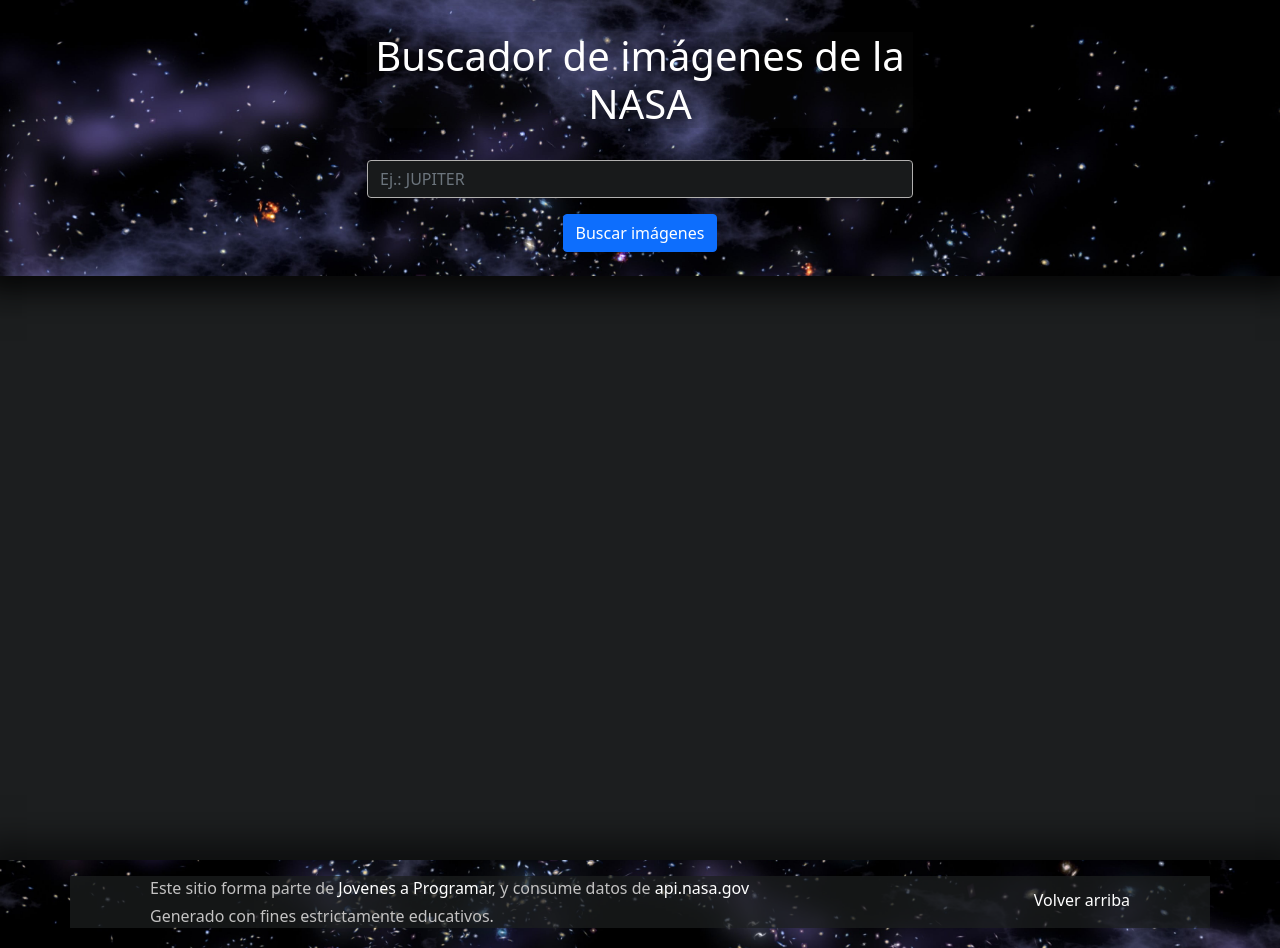
Repository: romancegirl/galaxies
Page: index.html
The author's editor kept a copy of each file at every save. The page is drawn from the files as they stood at one save, then again after the next save.
The browser window is 1280 px wide. The pictures show the whole page.

Above is the page before, as saved 2024-11-30 05:13:00.

### index.html
<!doctype html>
<html lang="es">

<head>
  <meta charset="utf-8">
  <meta name="viewport" content="width=device-width, initial-scale=1">
  <title>Buscador de imágenes de la NASA</title>

  <link href="css/bootstrap.min.css" rel="stylesheet">
  <link rel="stylesheet" href="css/style.css">
</head>

<body>

  <header>
    <div id="intro">
      <div class="text-center container">
        <div class="row py-lg-3">
          <div class="col-lg-6 col-md-8 mx-auto" id="beggining">
            <h1 class="fw-light">Buscador de imágenes de la NASA</h1>
            <input type="search" class="form-control" name="buscar" id="inputBuscar" placeholder="Ej.: JUPITER">
            <button class="btn btn-primary my-2" id="btnBuscar">Buscar imágenes</button>
          </div>
        </div>
      </div>
    </div>
  </header>

  <main>
    <div class="container">
      <div id="contenedor">
      </div>
    </div>
  </main>


  <footer class="text-muted py-3">
    <div class="container">
      <p class="float-end mb-1">
        <a href="#">Volver arriba</a>
      </p>
      <p class="mb-1">Este sitio forma parte de <a href="https://jovenesaprogramar.edu.uy/" target="_blank">
          Jovenes a Programar</a>, y consume datos de <a href="https://api.nasa.gov/" target="_blank">
          api.nasa.gov</a></p>
      <p class="mb-1">Generado con fines estrictamente educativos.</p>
    </div>
  </footer>

  <script src="https://cdn.jsdelivr.net/npm/bootstrap@5.3.1/dist/js/bootstrap.bundle.min.js"></script>
  <script src="js/space.js"></script>

</body>

</html>

### css/style.css
header {
    background-image: url(/img/header.png);
    background-size: cover;
    bottom: 0;
    width: 100%;
    box-shadow: 0 0 30px 20px rgba(0, 0, 0, 0.5);
}

body {
    background-color: #1C1E1F;
    color: #B2B1B0;
    display: flex;
    flex-direction: column;
    min-height: 100vh;
}

main {
    min-height: calc(100vh - 160px);
    flex-grow: 1;
}

#intro {
    padding-top: 1rem;
    position: relative;
    box-shadow: 0 0 20px 10px rgba(0, 0, 0, 0.5);
}

h1 {
    margin-bottom: 2rem;
    color: #fff;
    background-color: #1c1e1f1d;
}

#inputBuscar {
    margin-bottom: 0.5rem;
}

input[type="search"] {
    background-color: #181A1B;
    border: 1px solid #B2B1B0;
    color: #B2B1B0;
}

input[type="search"]:focus {
    box-shadow: 0 0 5px #2D79CC;
    background-color: #181A1B;
    border: 1px solid #2D79CC;
    color: #B2B1B0;
}

.form-control {
    margin-bottom: 0.5rem;
}


#contenedor {
    display: flex;
    flex-wrap: wrap;
    justify-content: center;
    gap: 1rem;
    align-items: center;
}

.card {
    width: 22rem;
    height: 500px;
    display: flex;
    flex-direction: column;
    overflow: hidden;
    margin-top: 2rem;
    background-color: #181A1B;
    color: #c3c2c2;
    box-shadow: 0 0 4px 4px #2d7acc66;
}

.card-img-top {
    width: 100%;
    height: 250px;
    object-fit: cover;
}

.card-body {
    height: 250px;
    overflow-y: auto;
    padding: 1rem;
}

.card-text {
    display: -webkit-box;
    -webkit-line-clamp: 3;
    -webkit-box-orient: vertical;
    overflow: hidden;
    transition: all 0.3s ease-in-out;
}

.card-text.more {
    -webkit-line-clamp: 3;
    overflow: hidden;
}

.card-text.full {
    -webkit-line-clamp: unset;
    overflow: visible;
}

#more {
    cursor: pointer;
    color: #007bff;
    text-decoration: none;
    display: block;
    margin-top: 10px;
}



footer {
    background-image: url(/img/footer.png);
    background-size: cover;
    bottom: 0;
    width: 100%;
    margin-top: 1.5rem;
    box-shadow: 0 0 30px 20px rgba(0, 0, 0, 0.5);
}

footer p {
    color: #c3c2c2
}

footer a {
    color: #ffffff;
    text-decoration: none;
}

footer a:hover {
    color: #9b9a9b;
    transform: scale(1.05);
    transition: color 0.3s, text-shadow 0.3s;
}

footer .float-end {
    transform: translateY(50%);
}

footer .container {
    background-color: #1c1e1fbb;
    padding: 0 5rem;

}


@media (max-width: 1200px) {
    .col-lg-6 {
        width: 50%;
    }
}

@media (max-width: 768px) {
    .col-md-4 {
        width: 100%;
    }
}

### js/space.js
// Función para alternar la visibilidad del texto
function toggleDescription(button) {
    const cardBody = button.closest('.card-body');
    const descriptionText = cardBody.querySelector('.card-text');

    // Alternar clases entre "more" y "full" en el texto de la descripción
    if (descriptionText.classList.contains('more')) {
        descriptionText.classList.remove('more');
        descriptionText.classList.add('full');
        button.textContent = 'Ver menos'; // Cambiar el texto del botón
    } else {
        descriptionText.classList.remove('full');
        descriptionText.classList.add('more');
        button.textContent = 'Ver más'; // Cambiar el texto del botón
    }
}

// Asegúrate de que el evento de clic esté correctamente asignado en el HTML generado
const inputBuscar = document.getElementById('inputBuscar');
const btnBuscar = document.getElementById('btnBuscar');
const contenedor = document.getElementById('contenedor');

const searchNASAImages = async () => {
    const query = inputBuscar.value.trim();

    if (!query) {
        alert('Por favor, ingresa un término de búsqueda.');
        return;
    }

    const nasaAPI = `https://images-api.nasa.gov/search?q=${query}`;

    try {
        const response = await fetch(nasaAPI);
        const data = await response.json();

        const items = data.collection.items;
        if (!items || items.length === 0) {
            contenedor.innerHTML = `
            <h3><strong>No hemos encontrado información relacionada a "${query}".</strong></h3>`;
            return;
        }

        contenedor.innerHTML = '';

        const row = document.createElement('div');
        row.className = 'row';

        items.forEach((item) => {
            const { title, description, date_created } = item.data[0];
            const imageUrl = item.links?.[0]?.href || 'https://via.placeholder.com/150';

            // Crear la tarjeta
            const card = document.createElement('div');
            card.className = 'col-12 col-md-4 mb-6';

            // Contenido de la tarjeta
            card.innerHTML = `
                <div class="card">
                    <img src="${imageUrl}" class="card-img-top" alt="${title}">
                    <div class="card-body">
                        <h5 class="card-title">${title}</h5>
                        <p class="card-text more">${description || 'Descripción no disponible.'}</p>
                        <!-- Aquí controlamos la visibilidad del botón -->
                        ${description && description.length > 200 ? '<p class="card-text" id="more" onclick="toggleDescription(this)">Ver más</p>' : ''}
                        <p class="card-text"><small class="text-muted">Fecha: ${new Date(date_created).toLocaleDateString()}</small></p>
                    </div>
                </div>
            `;

            const descriptionText = card.querySelector('.card-text');
            const moreButton = card.querySelector('#more');
            if (!description || description.length <= 200) {
                if (moreButton) {
                    moreButton.style.display = 'none';
                }
                descriptionText.classList.add('full');
            }

            row.appendChild(card);
        });

        contenedor.appendChild(row);
    } catch (error) {
        console.error('Error al obtener datos:', error);
        contenedor.innerHTML = `<p class="text-center text-danger">Ocurrió un error al obtener los datos.</p>`;
    }
};

btnBuscar.addEventListener('click', searchNASAImages);
inputBuscar.addEventListener('keydown', (event) => {
    if (event.key === 'Enter') {
        event.preventDefault();
        searchNASAImages();
    }
});

Loaded but not shown: css/bootstrap.min.css (library)

After the next save:
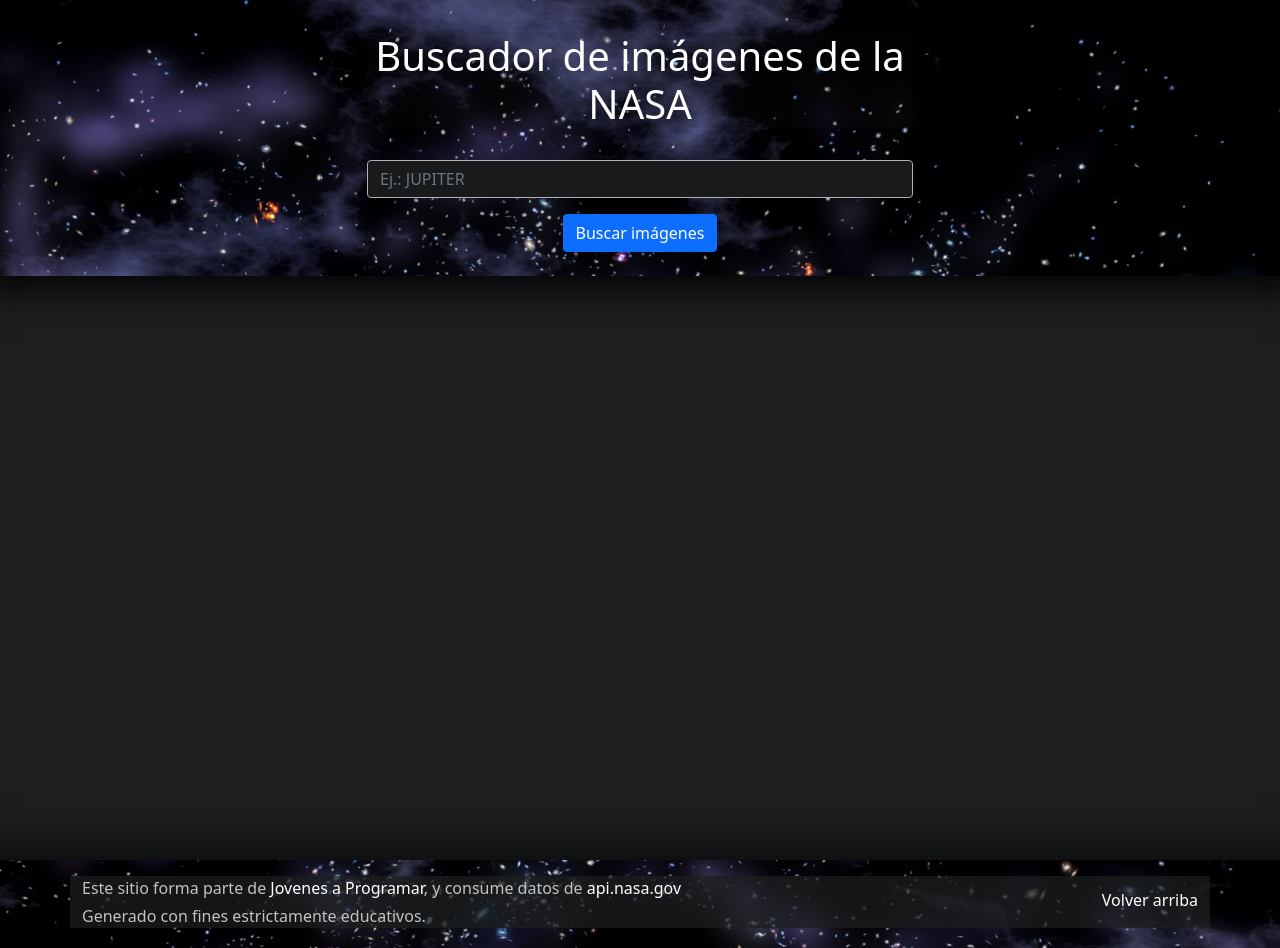
Saved 21 s later.
--- a/css/style.css
+++ b/css/style.css
@@ -143,7 +143,6 @@ footer .float-end {
 
 footer .container {
     background-color: #1c1e1fbb;
-    padding: 0 5rem;
 
 }
 
